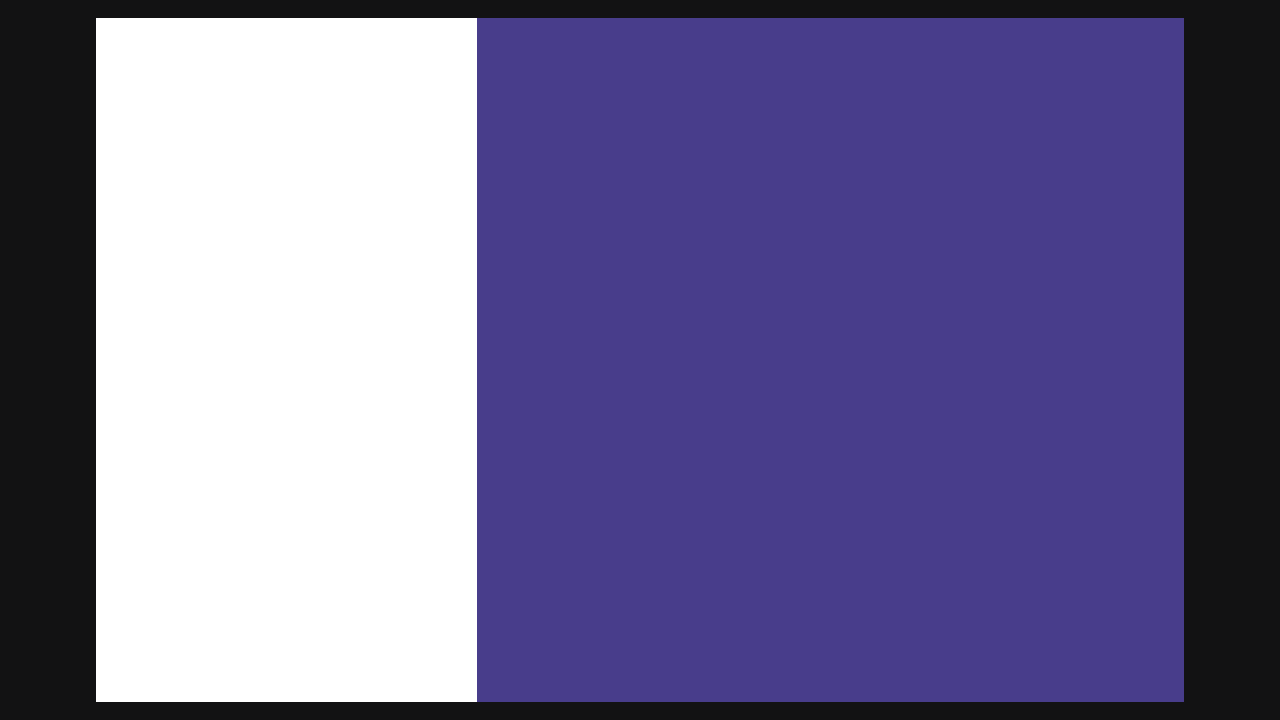
Repository: trang712/zing-mp3
Page: login.html
An editor plug-in stored every save of this project. The page is shown before and after the next save, followed by the edit.
The browser window is 1280 px wide. The pictures show the whole page.

Above is the page before, as saved 2022-11-13 15:10:37.

After the next save:
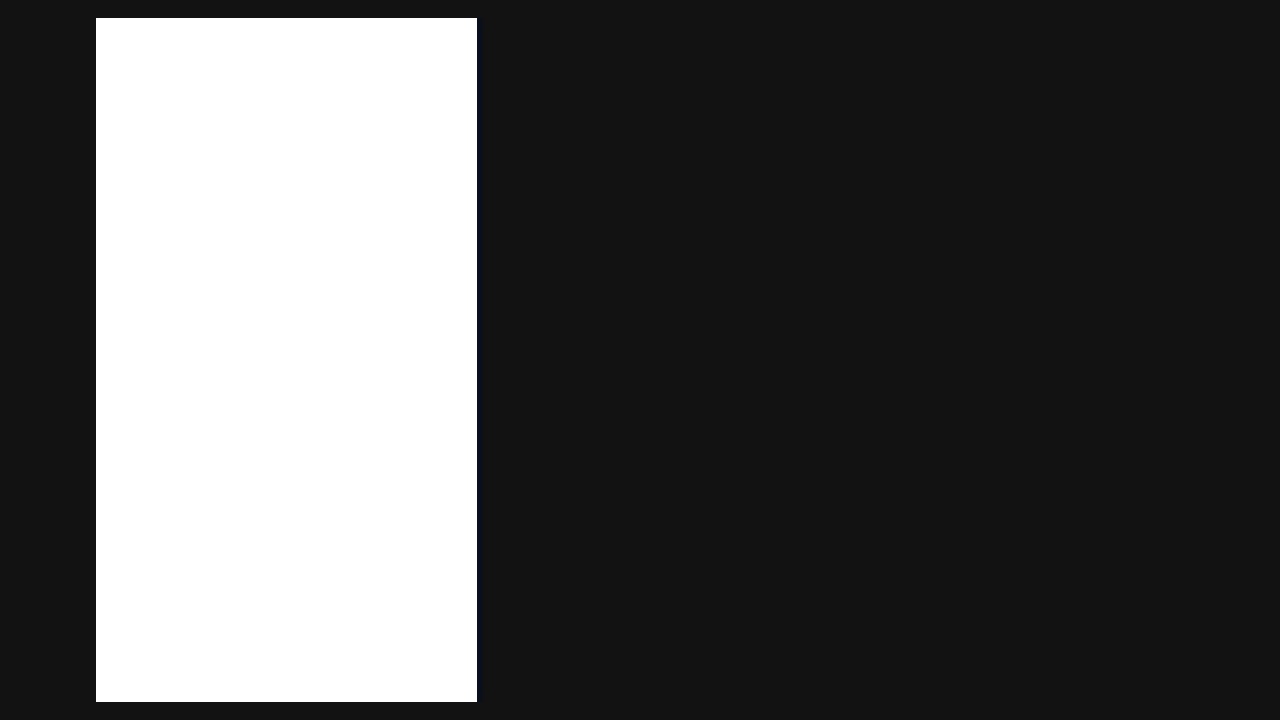
Saved 23 s later.
--- a/style.css
+++ b/style.css
@@ -739,7 +739,7 @@ header .left_bx1 , .right_bx1{
   width: 65%;
   height: 100%;
   /* border: 1px solid var(--hover-color); */
-  background: var(--background-sidebar);
+  background: #;
 }
 header .left_bx1{
   width: 35%;
